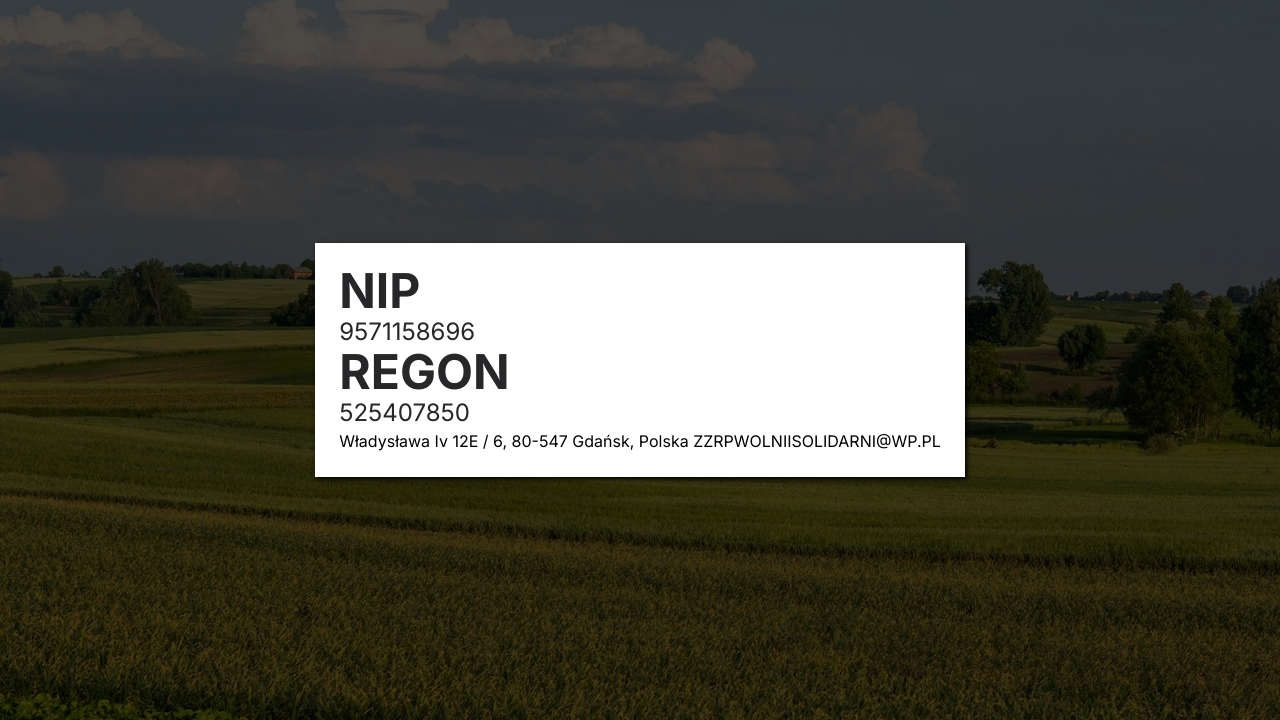
Repository: wesiudev/ZZRPWiS
Page: /kontakt
The author's editor kept a copy of each file at every save. The page is drawn from the files as they stood at one save, then again after a run of saves.
The browser window is 1280 px wide. The pictures show the whole page.
The project was rebuilt for these pictures with package versions that can differ from the ones it lists, and the page was loaded fresh each time. The framework's server and built-in components were replaced by stand-ins that run in the browser. Also part of the build but not shown: next.config.mjs.

Above is the page before, as saved 2024-08-09 22:41:27.

### src/app/layout.tsx
import { Inter } from "next/font/google";
import "./globals.css";
import { Cardo } from "next/font/google";
const cardo = Cardo({
  weight: ["400", "700"],
  style: ["normal", "italic"],
  subsets: ["latin"],
  display: "swap",
  variable: "--font-cardo",
});
const inter = Inter({ subsets: ["latin"] });

export default function RootLayout({
  children,
}: Readonly<{
  children: React.ReactNode;
}>) {
  return (
    <html lang="pl">
      <body
        className={`bg-gradient-to-r from-green-800 via-green-500 to-green-800 ${inter.className} ${cardo.variable}`}
      >
        {children}
      </body>
    </html>
  );
}

### src/app/kontakt/page.tsx
import Link from "next/link";

export default function Page() {
  return (
    <div className="bg-heroBG h-screen w-full bg-center bg-no-repeat">
      <div className="flex items-center justify-center fixed h-screen w-full left-0 top-0 bg-black bg-opacity-70">
        <div
          className="bg-white p-6"
          style={{ boxShadow: "2px 2px 5px #000000" }}
        >
          <ul className="text-zinc-800">
            <li className="text-2xl">
              <span className="text-5xl font-bold">NIP</span> <br /> 9571158696{" "}
            </li>
            <li className="text-2xl">
              <span className="text-5xl font-bold">REGON</span> <br /> 525407850{" "}
            </li>
          </ul>
          Władysława Iv 12E / 6, 80-547 Gdańsk, Polska ZZRPWOLNIISOLIDARNI@WP.PL
        </div>
      </div>
    </div>
  );
}

### src/app/globals.css
@tailwind base;
@tailwind components;
@tailwind utilities;

:root {
  --foreground-rgb: 0, 0, 0;
  --background-start-rgb: 214, 219, 220;
  --background-end-rgb: 255, 255, 255;
}

@media (prefers-color-scheme: dark) {
  :root {
    --foreground-rgb: 255, 255, 255;
    --background-start-rgb: 0, 0, 0;
    --background-end-rgb: 0, 0, 0;
  }
}
.smallCaps {
  font-variant: small-caps;
}
body {
  color: rgb(var(--foreground-rgb));
  background: linear-gradient(
      to bottom,
      transparent,
      rgb(var(--background-end-rgb))
    )
    rgb(var(--background-start-rgb));
}

@layer utilities {
  .text-balance {
    text-wrap: balance;
  }
}

### tailwind.config.ts
import type { Config } from "tailwindcss";

const config: Config = {
  content: [
    "./src/pages/**/*.{js,ts,jsx,tsx,mdx}",
    "./src/components/**/*.{js,ts,jsx,tsx,mdx}",
    "./src/app/**/*.{js,ts,jsx,tsx,mdx}",
  ],
  theme: {
    extend: {
      fontFamily: {
        cardo: ["var(--font-cardo)"],
      },
      backgroundImage: {
        heroBG: "url('/assets/heroBG.jpg')",
        "gradient-radial": "radial-gradient(var(--tw-gradient-stops))",
        "gradient-conic":
          "conic-gradient(from 180deg at 50% 50%, var(--tw-gradient-stops))",
      },
    },
  },
  plugins: [],
};
export default config;

After the next 2 saves:
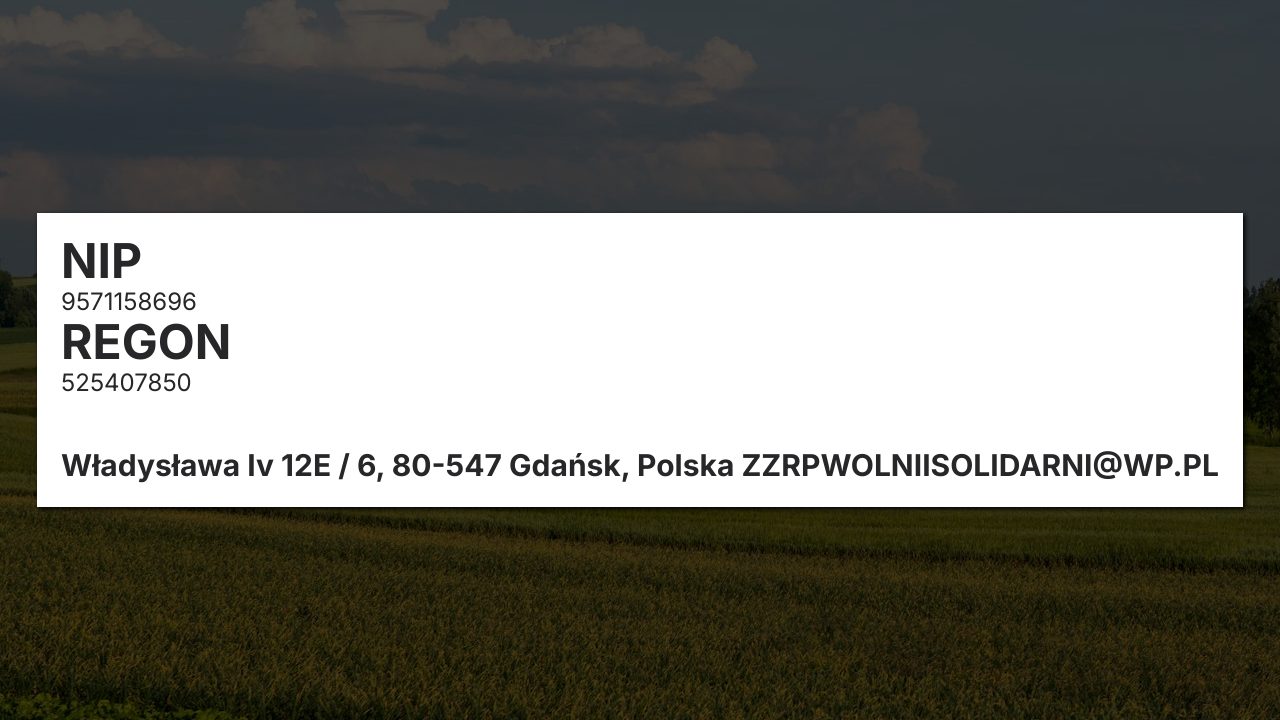
The 2 saves are shown as one change because they came seconds apart.
The last was saved 22 s later.
--- a/src/app/kontakt/page.tsx
+++ b/src/app/kontakt/page.tsx
@@ -16,7 +16,10 @@
               <span className="text-5xl font-bold">REGON</span> <br /> 525407850{" "}
             </li>
           </ul>
-          Władysława Iv 12E / 6, 80-547 Gdańsk, Polska ZZRPWOLNIISOLIDARNI@WP.PL
+          <h2 className="text-3xl font-bold mt-12 text-zinc-800">
+            Władysława Iv 12E / 6, 80-547 Gdańsk, Polska
+            ZZRPWOLNIISOLIDARNI@WP.PL
+          </h2>
         </div>
       </div>
     </div>
